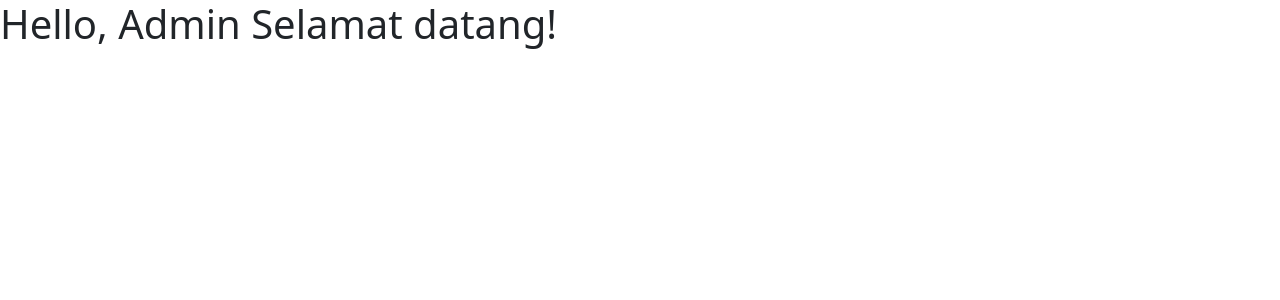
Repository: AHSANS354/Tugas-MSIB-5-GitHub
Page: http://localhost/tugas login/admin.php
An editor plug-in stored every save of this project. The page is shown before and after the next save, followed by the edit.
The browser window is 1280 px wide. The pictures show the whole page.
The page is run by PHP 8.4 with error messages shown; the project is at /var/www/html/.

Above is the page before, as saved 2023-09-28 00:19:37.

After the next save:
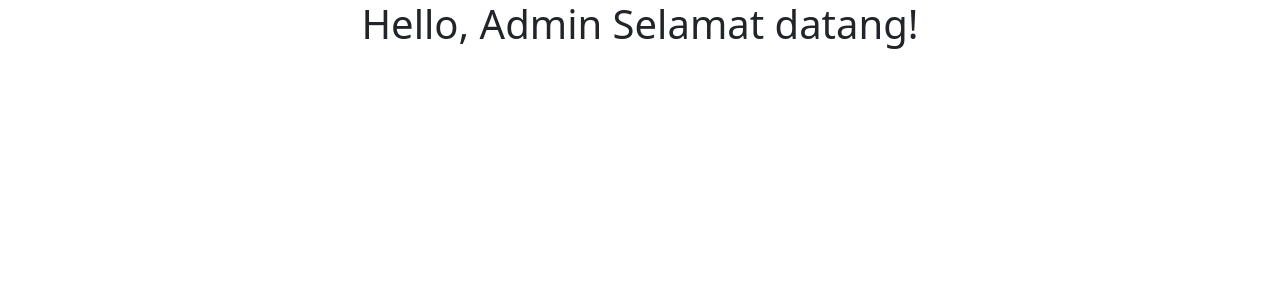
Saved 24 s later.
--- a/tugas login/admin.php
+++ b/tugas login/admin.php
@@ -11,7 +11,7 @@
         $helo = 'Hello, Admin Selamat datang!'
 
     ?>
-    <h1><?= $helo ?></h1>
+    <h1 class="text-center"><?= $helo ?></h1>
     <script src="https://cdn.jsdelivr.net/npm/bootstrap@5.3.2/dist/js/bootstrap.bundle.min.js" integrity="sha384-C6RzsynM9kWDrMNeT87bh95OGNyZPhcTNXj1NW7RuBCsyN/o0jlpcV8Qyq46cDfL" crossorigin="anonymous"></script>
   </body>
 </html>
